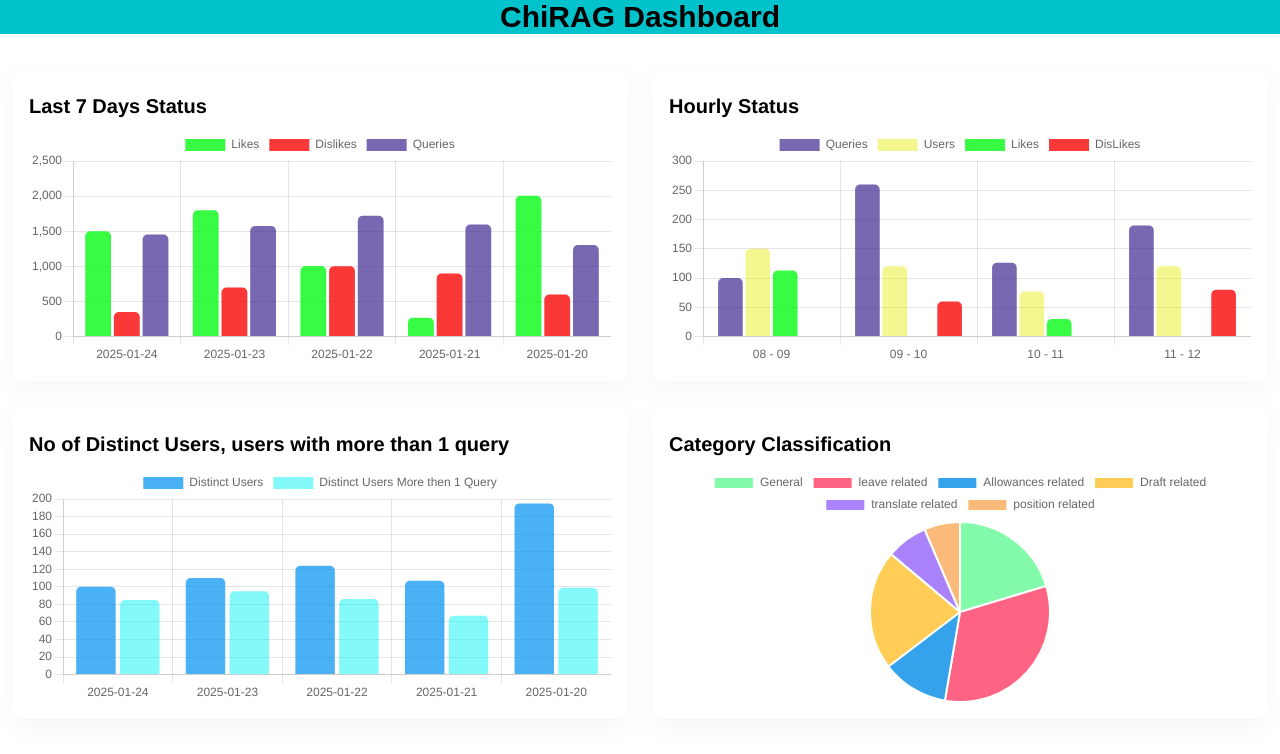
Repository: NAGARAJ-DEVELOPER/Dashboard
Page: /
An editor plug-in stored every save of this project. The page is shown before and after the next save, followed by the edit.
The browser window is 1280 px wide. The pictures show the whole page.
The project was rebuilt for these pictures with package versions that can differ from the ones it lists, and the page was loaded fresh each time. Also part of the build but not shown: vite.config.js.

Above is the page before, as saved 2025-02-16 16:25:19.

### src/App.jsx
import React from "react";
import { Chart as ChartJS, defaults } from "chart.js/auto";
import { Bar, Doughnut, Line, Pie } from "react-chartjs-2";
import { useState,useEffect } from "react";

import "./App.css";




defaults.maintainAspectRatio = false;
defaults.responsive = true;

defaults.plugins.title.display = true;
defaults.plugins.title.align = "start";
defaults.plugins.title.font.size = 20;
defaults.plugins.title.color = "black";

export const App = () => {

  const [Week, setWeekData] = useState([]);
  const [toady, setTodayData] = useState([]);
  const [user, setUserData] = useState([]);
  const [category, setCategoryData] = useState([]);

  useEffect(() => {
      fetch("./config.json") // Load config file
          .then((response) => response.json())
          .then((config) => {
              // Fetch JSON files dynamically
              console.log("Success");
              loadJSON(config.week, setWeekData);
              loadJSON(config.today, setTodayData);
              loadJSON(config.user, setUserData);
              loadJSON(config.category, setCategoryData);
          })
          .catch((error) => console.error("Error loading config.json:", error));
  }, []);

  const loadJSON = (path, setter) => {
      fetch(path)
          .then((response) => response.json())
          .then((data) => setter(data))
          .catch((error) => console.error(`Error loading ${path}:`, error));
  };

  return (
   <>
   <div className="HeaderStyle">
   <h1 >ChiRAG Dashboard</h1>
   </div>
    <div className="App">

        <div className="dataCard categoryCard">
        <Bar
          data={{
            labels: Week.map((data) => data.DATE1),
            datasets: [
              {
                label: "Likes",
                data: Week.map((data) => data.number_of_likes),
                backgroundColor: [
             "rgba(7, 250, 20, 0.8)",
                ],
                borderRadius: 5,
              },
              {
                label: "Dislikes",
                data: Week.map((data) => data.number_of_dislikes),
                backgroundColor: [

                  "rgba(250, 7, 7, 0.8)",

                ],
                borderRadius: 5,
              },
              {
                label: "Queries",
                data: Week.map((data) => data.number_of_ques),
                backgroundColor: [
                  "rgba(63, 40, 145, 0.7)",
                ],
                borderRadius: 5,
              },
            ],
          }}
          options={{
            plugins: {
              title: {
                text: "Last 7 Days Status",
              },
            },
          }}
        />
      </div>


      <div className="dataCard categoryCard">
        <Bar
          data={{
            labels: toady.map((data) => data.B_TIME),
            datasets: [
              {
                label: "Queries",
                data: toady.map((data) => data.C_Questions),
                backgroundColor: [
                  "rgba(63, 40, 145, 0.7)",
                ],
                borderRadius: 5,
              },
              {
                label: "Users",
                data: toady.map((data) => data.D_Users),
                backgroundColor: [

                  "rgba(231, 235, 8, 0.45)",

                ],
                borderRadius: 5,
              },
              {
                label: "Likes",
                data: toady.map((data) => data.F_Likes),
                backgroundColor: [
                  "rgba(7, 250, 20, 0.8)",
                ],
                borderRadius: 5,
              },
              {
                label: "DisLikes",
                data: toady.map((data) => data.Dis_Likes),
                backgroundColor: [
                  "rgba(250, 7, 7, 0.8)",
                ],
                borderRadius: 5,
              },
            ],
          }}
          options={{
            plugins: {
              title: {
                text: "Hourly Status",
              },
            },
          }}
        />
      </div>


      <div className="dataCard categoryCard">
        <Bar
          data={{
            labels: user.map((data) => data.DATE1),
            datasets: [
              {
                label: "Distinct Users",
                data: user.map((data) => data.number_of_distinct_users),
                backgroundColor: 'rgba(9, 149, 241, 0.73)',
                borderRadius: 5,
              },
              {
                label: "Distinct Users More then 1 Query",
                data: user.map((data) => data.Distinct_Users_more_1query),
                backgroundColor:'rgba(10, 243, 243, 0.5)',
                borderRadius: 5,
              },
            ],
          }}
          options={{
            plugins: {
              title: {
                text: "No of Distinct Users, users with more than 1 query",
              },
            },
          }}
        />
      </div>


      <div className="dataCard categoryCard">
        <Pie
          data={{
            labels: category.map((data) => data.category),
            datasets: [
              {
                label: "Count",
                data: category.map((data) => data.COUNT_CAT),
                backgroundColor: [
                  'rgba(7, 245, 86, 0.5)',
         'rgb(255, 99, 132)',
      'rgb(54, 162, 235)',
      'rgb(255, 205, 86)',
        'rgba(86, 6, 245, 0.5)',
        'rgba(247, 129, 11, 0.55)',
                ],
                borderColor: [
                  'rgb(250, 255, 251)',
                  'rgb(250, 255, 251)',
                  'rgb(250, 255, 251)',
                  'rgb(250, 255, 251)',
                  'rgb(250, 255, 251)',
                  'rgb(250, 255, 251)',
                ],animation :Pie,
              },
            ],
          }}
          options={{
            plugins: {
              title: {
                text: "Category Classification",
              },
            },
          }}
        />
      </div>
    </div>
    </>
  );
};

### src/App.css
.App {
  height: 100vh;
  width: 100%;
  display: flex;
  flex-direction: row;
  align-items: center;
  justify-content: center;
  align-content: center;
  gap: 2vw;
  flex-wrap: wrap;
  background-color: #ffffff;
  overflow: auto;
}
.HeaderStyle{
  font-size: 15px;
  display: flex;
  justify-content: center; /* Horizontal alignment */
  align-items: center; /* Vertical alignment */
  background-color:  #00c2cb;
}
.dotted {
  border-top: 20px dotted #0a0a0a;
}
.vl {
  border-left: 2px dashed rgb(8, 8, 8);
  height: 98%;
  position: absolute;
  left: 49%;
  margin-left: -3px;
  top: 0;
}
.dataCard {
  background-color: #ffffff;
  border-radius: 0.5em;
  box-shadow: rgba(208, 210, 218, 0.2) 0px 8px 24px;
  padding: 1em;
}

.revenueCard {
  width: 92%;
  height: 20rem;
}

.customerCard {
  width: 50%;
  height: 19.5rem;
}

.categoryCard {
  width: 48%;
  height: 19.5rem;
}

### public/config.json
{
    "week": "data/7days.json",
    "today": "data/Today.json",
    "user": "data/Users.json",
    "category": "data/Category.json"
  }

### public/data/7days.json
[
    {  "DATE1": "2025-01-24", "number_of_dislikes": 350, "number_of_likes": 1500,  "number_of_ques": 1452 },
    {  "DATE1": "2025-01-23", "number_of_dislikes": 700, "number_of_likes": 1800,  "number_of_ques": 1574 },
    {  "DATE1": "2025-01-22", "number_of_dislikes": 1003, "number_of_likes": 1005,  "number_of_ques": 1720 },
    {  "DATE1": "2025-01-21", "number_of_dislikes": 900, "number_of_likes": 270,  "number_of_ques": 1596 },
    {  "DATE1": "2025-01-20", "number_of_dislikes": 600, "number_of_likes": 2005,  "number_of_ques": 1304 }
  ]

### public/data/Today.json
[
  { "A_DATE": "2025-01-27", "B_TIME": "08 - 09", "C_Questions": 100, "D_Users": 150 ,"F_Likes": 113},
  { "A_DATE": "2025-01-27",  "B_TIME": "09 - 10", "C_Questions": 260, "D_Users": 120,"Dis_Likes":60},
  { "A_DATE": "2025-01-27", "B_TIME": "10 - 11", "C_Questions": 126, "D_Users": 77, "F_Likes": 30 },
  { "A_DATE": "2025-01-27", "B_TIME": "11 - 12", "C_Questions": 190, "D_Users": 120,"Dis_Likes":80 }
]

### public/data/Users.json
[
  {  "DATE1": "2025-01-24", "number_of_distinct_users": 100, "Distinct_Users_more_1query": 85 },
  {  "DATE1": "2025-01-23", "number_of_distinct_users": 110, "Distinct_Users_more_1query": 95 },
  {  "DATE1": "2025-01-22", "number_of_distinct_users": 124, "Distinct_Users_more_1query": 86  },
  {  "DATE1": "2025-01-21", "number_of_distinct_users": 107, "Distinct_Users_more_1query": 67  },
  {  "DATE1": "2025-01-20", "number_of_distinct_users": 195, "Distinct_Users_more_1query": 99  }
]

### public/data/Category.json
[
  { "category": "General", "COUNT_CAT": 2434 },
  { "category": "leave related", "COUNT_CAT": 3870 },
  { "category": "Allowances related", "COUNT_CAT": 1430 },
  { "category": "Draft related", "COUNT_CAT": 2569 },
  { "category": "translate related", "COUNT_CAT": 891 },
  { "category": "position related", "COUNT_CAT": 770 }
]

Loaded but not shown: index.html (common file); src/main.jsx (common file); src/index.css (common file)

After the next save:
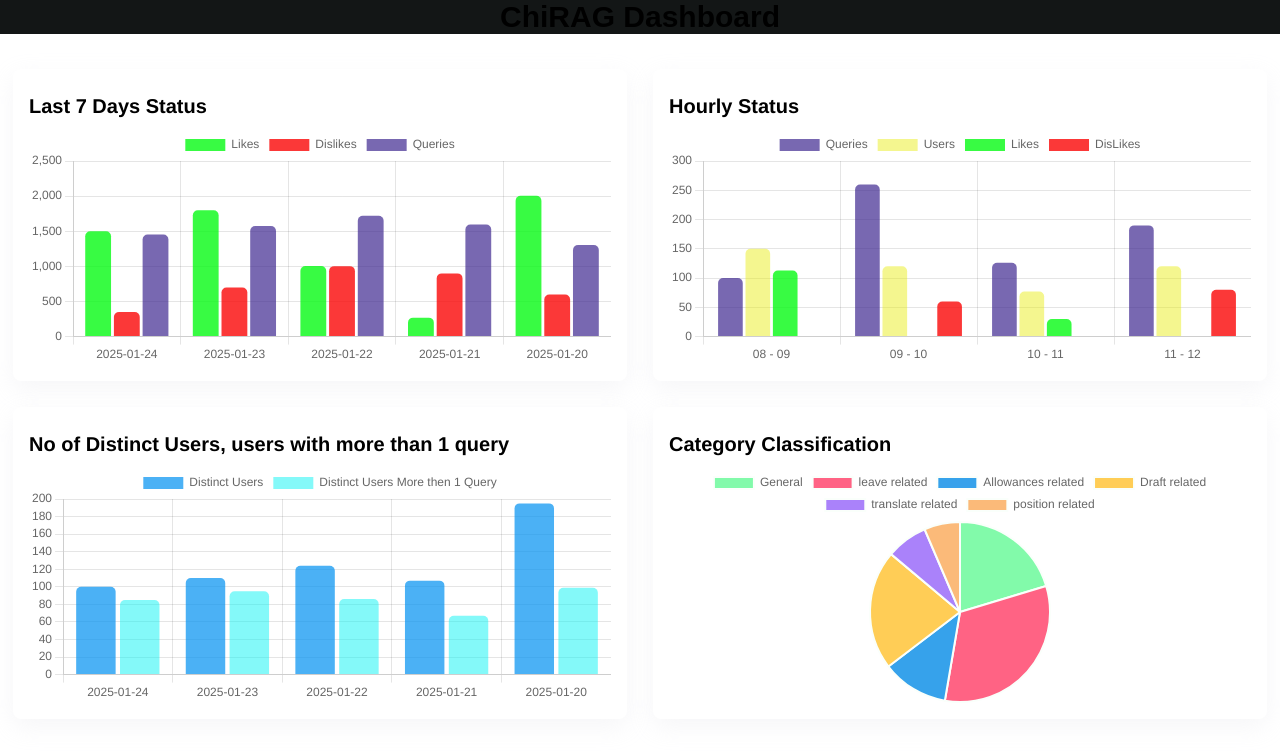
Saved 14 s later.
--- a/src/App.css
+++ b/src/App.css
@@ -16,7 +16,7 @@
   display: flex;
   justify-content: center; /* Horizontal alignment */
   align-items: center; /* Vertical alignment */
-  background-color:  #00c2cb;
+  background-color:  #131616;
 }
 .dotted {
   border-top: 20px dotted #0a0a0a;
